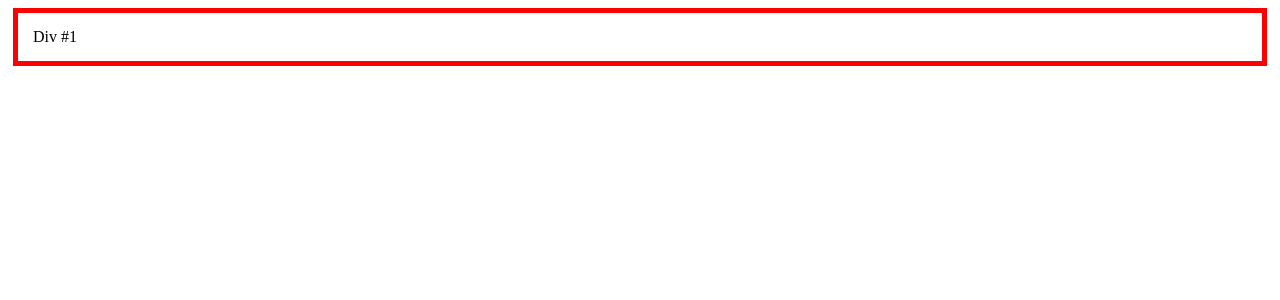
Repository: glgeorgiou/100-days-of-code-projects
Page: DOM Testing/2-5-modify-styles.html
These files come from the project's save history. The page is drawn as it stood at one moment and after the next save; the edit follows.
The browser window is 1280 px wide. The pictures show the whole page.

Above is the page before, as saved 2020-04-14 16:59:07.

After the next save:
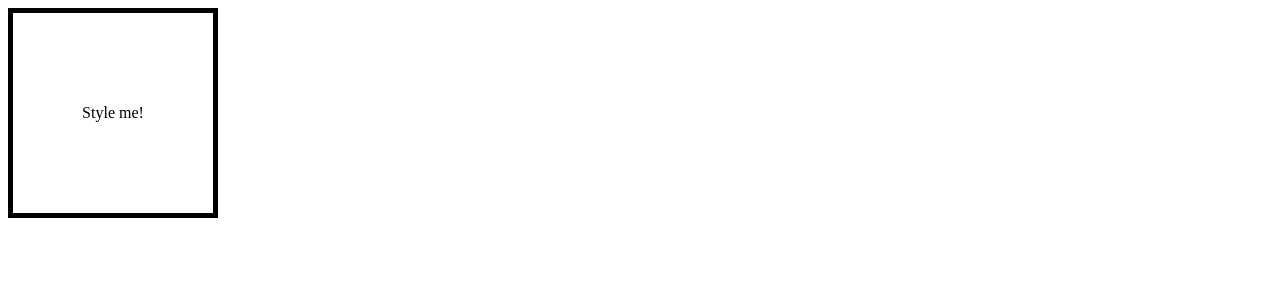
Saved 35 s later.
--- a/DOM Testing/2-5-modify-styles.html
+++ b/DOM Testing/2-5-modify-styles.html
@@ -1,24 +1,13 @@
 <!DOCTYPE html>
 <html lang="en">
-<style>
-    .active {
-        border: 5px solid green;
-    }
-    .alert {
-        border: 5px solid red;
-    }
-    .hidden {
-        display: none;
-    }
-    div {
-        border: 5px solid lightgrey;
-        padding: 15px;
-        margin: 5px;
-    }
-</style>
 <body>
-    <div>Div #1</div>
-    <div class="active">Div #2</div>
-    <script src="2-4.js"></script>
+    <div style="height: 200px;
+                width: 200px;
+                border: 5px solid black;
+                display: flex;
+                justify-content: center;
+                align-items: center;">Style me!
+    </div>
+<script src="2-5.js"></script>
 </body>
 </html>
